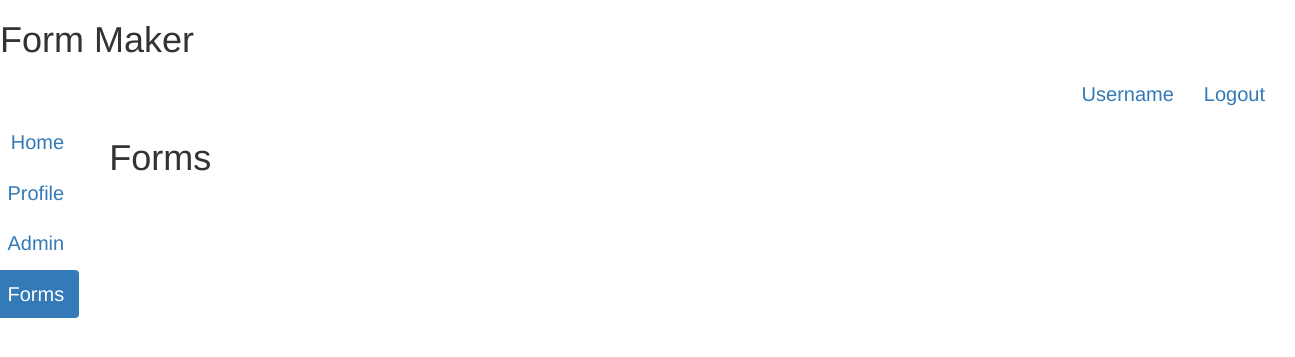
Repository: dishant8/Web-development
Page: public/WebDevWorkspace/Assignment1/WebContent/Css/Bootstrap/forms.html
An editor plug-in stored every save of this project. The page is shown before and after the next save, followed by the edit.
The browser window is 1280 px wide. The page is 1295 px wide, so the pictures cover 1295 px, including what lies to the right of the window. The pictures show the whole page.

Above is the page before, as saved 2015-10-01 01:44:21.

After the next save:
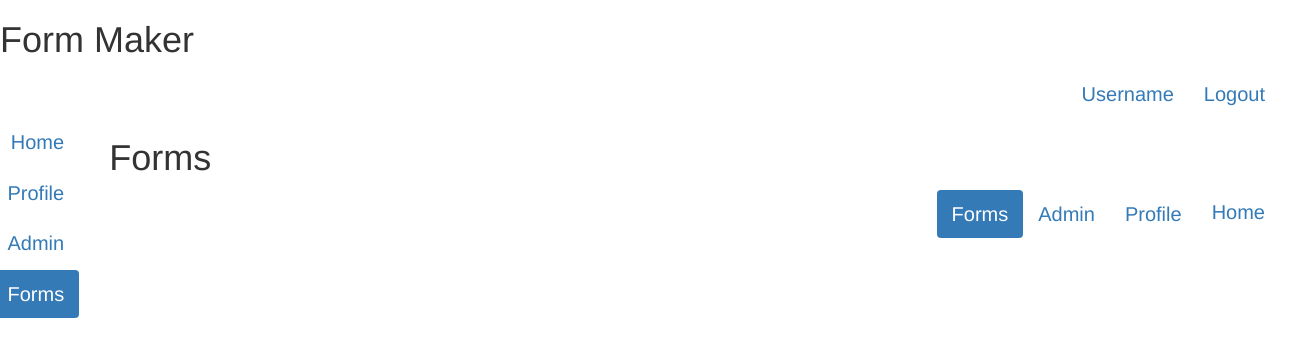
Saved 26 s later.
--- a/public/WebDevWorkspace/Assignment1/WebContent/Css/Bootstrap/forms.html
+++ b/public/WebDevWorkspace/Assignment1/WebContent/Css/Bootstrap/forms.html
@@ -37,7 +37,12 @@
 
 		<div class="col-xs-11">
 			<h1>Forms</h1>
-
+			<ul class="nav nav-pills nav-stacked">
+				<li role="presentation"><a href="home.html">Home</a></li>
+				<li role="presentation"><a href="profile.html">Profile</a></li>
+				<li role="presentation"><a href="admin.html">Admin</a></li>
+				<li role="presentation" class="active"><a href="forms.html">Forms</a></li>
+			</ul>
 			<table class="table table-stripped">
 
 
